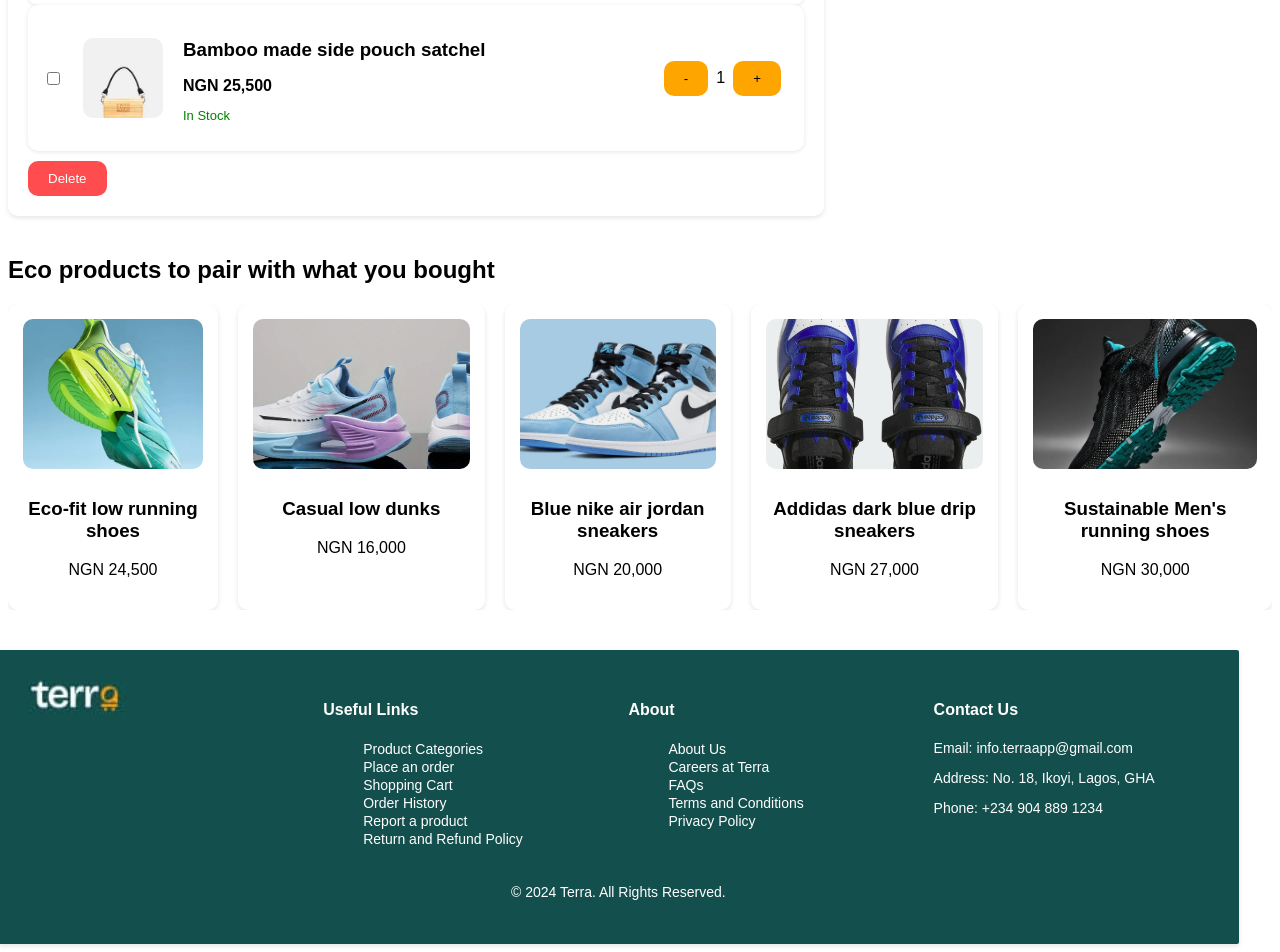
Repository: Femi007-gh/e-commerce
Page: index.html
These files come from the project's save history. The page is drawn as it stood at one moment and after the next save; the edit follows.
The browser window is 1280 px wide. The pictures show the part of the page from y = 1080 to 2032 px (the page is 2032 px tall).
A picture or video elsewhere on the page could not be fetched, so the positions and the page height are approximate.

Above is the page before, as saved 2025-04-29 12:17:44.

### index.html
<html>
    <head>
      <title>Shopping Cart Page</title>
      <link rel="stylesheet" href="style.css">
    </head>
  <body>
    <header>
    <div class="div1">
<div class="top-bar">
  <div class="left">
    <div class="dropdown">
      <button class="dropbtn">Help</button>
    </div>
    <div class="dropdown">
      <button class="dropbtn">English ▼</button>
      <div class="dropdown-content">
        <a href="#">English</a>
        <a href="#">Japanese</a>
        <a href="#">Korean</a>
      </div>
    </div>
  </div>
  <div class="right">
    <div class="dropdown">
      <button class="dropbtn">Nigeria ▼</button>
      <div class="dropdown-content">
        <a href="#">Nigeria</a>
        <a href="#">USA</a>
        <a href="#">China</a>
        </div>
      </div>
     </div>
   </div>
  </div>

<nav class="nav-bar">
  <div class="logo"><img src="terra.jpg" class="ter"></div>
  <div class="search-bar">
    <input type="text" placeholder="Search products, categories, and brands">
    <button>Search</button>
  </div>
  <div class="nav-icons">
    <img src="account.jpg"><a href="#">Account</a>
    <img src="category.jpg"><a href="#">Categories</a>
    <img src="cart.png" class="cat"><a href="#">Cart</a>
  </div>
</nav>


<main class="cart-page">
  <section class="cart-section">
    <h2>Cart items</h2>

    <div class="cart-items">
      <div class="cart-item">
        <input type="checkbox">
        <img src="glass.jpg" alt="Retro Chic Eye Sunglasses">
        <div class="item-details">
          <h3>2023 Retro Chic Eye Sunglasses</h3>
          <p class="price">NGN 2,500</p>
          <p class="stock in-stock">In Stock</p>
        </div>
        <div class="item-quantity">
          <button class="minus">-</button>
          <span>1</span>
          <button>+</button>
        </div>
      </div>
      </div>

      <div class="cart-item">
        <input type="checkbox">
        <img src="roll.jpg" alt="Ruby plated facial roller blade">
        <div class="item-details">
          <h3>Ruby plated facial roller blade</h3>
          <p class="price">NGN 6,000</p>
          <p class="stock low-stock">Only 5 left</p>
        </div>
        <div class="item-quantity">
          <button class="minus">-</button>
          <span>1</span>
          <button>+</button>
        </div>
      </div>

      <div class="cart-item">
        <input type="checkbox">
        <img src="bamboo.jpeg" alt="Bamboo made side pouch satchel">
        <div class="item-details">
          <h3>Bamboo made side pouch satchel</h3>
          <p class="price">NGN 25,500</p>
          <p class="stock in-stock">In Stock</p>
        </div>
        <div class="item-quantity">
          <button class="minus">-</button>
          <span>1</span>
          <button>+</button>
        </div>
      </div>

      <button class="delete-btn">Delete</button>
    </div>
  </section>




<aside class="cart-summary">
  <h2>Cart Total</h2>
  <p>Total items: 3 items</p>
  <p>Sub Total: NGN 1,000</p>
  <p class="total">Total: NGN 34,000</p>
  <button class="checkout-btn">Proceed to Checkout</button>
</aside>
</main>

<section class="recommendation-section">
  <h2>Eco products to pair with what you bought</h2>

  <div class="recommendations">
    <div class="product">
      <img src="low.jpg" alt="Eco-fit low running shoes">
      <h3>Eco-fit low running shoes</h3>
      <p>NGN 24,500</p>
    </div>
    <div class="product">
      <img src="girl.jpg" alt="Casual low dunks">
      <h3>Casual low dunks</h3>
      <p>NGN 16,000</p>
    </div>
    <div class="product">
      <img src="nike.jpg" alt="Black Love themed bamboo high tops">
      <h3>Blue nike air jordan sneakers</h3>
      <p>NGN 20,000</p>
    </div>
    <div class="product">
      <img src="adidas.jpg" alt="White Love themed bamboo high tops">
      <h3>Addidas dark blue drip sneakers</h3>
      <p>NGN 27,000</p>
    </div>
    <div class="product">
      <img src="men.jpg" alt="Sustainable Men's running shoes">
      <h3>Sustainable Men's running shoes</h3>
      <p>NGN 30,000</p>
    </div>
  </div>
</section>

<footer class="footer">
  <div class="footer-top">
    <div class="footer-logo"><img src="a.jpg"></div>
    <div class="footer-links">
      <h4>Useful Links</h4>
      <ul>
        <li><a href="#">Product Categories</a></li>
        <li><a href="#">Place an order</a></li>
        <li><a href="#">Shopping Cart</a></li>
        <li><a href="#">Order History</a></li>
        <li><a href="#">Report a product</a></li>
        <li><a href="#">Return and Refund Policy</a></li>
      </ul>
    </div>
    <div class="footer-about">
      <h4>About</h4>
      <ul>
        <li><a href="#">About Us</a></li>
        <li><a href="#">Careers at Terra</a></li>
        <li><a href="#">FAQs</a></li>
        <li><a href="#">Terms and Conditions</a></li>
        <li><a href="#">Privacy Policy</a></li>
      </ul>
    </div>
    <div class="footer-contact">
      <h4>Contact Us</h4>
      <p>Email: info.terraapp@gmail.com</p>
      <p>Address: No. 18, Ikoyi, Lagos, GHA</p>
      <p>Phone: +234 904 889 1234</p>
    </div>
  </div>

  <div class="footer-bottom">
    <p>&copy; 2024 Terra. All Rights Reserved.</p>
  </div>
</footer>
  </body>
</html>

### style.css
body{
  font-family: Arial;
}
.div1{
  background-color: #595959;
  width: 101%;
  height: 50px;
  margin-left: -10px;
  margin-top: -10px;
}
.top-bar {
  background-color:  #595959;
  color: white;
  padding: 10px 20px;
  display: flex;
  justify-content: space-between;
  font-size: 14px;
}

.top-bar .left, .top-bar .right {
  display: flex;
  align-items: center;
}

.dropdown {
  position: relative;
  margin-right: 20px;
}

.dropbtn {
  background: none;
  border: none;
  color: white;
  cursor: pointer;
  font-size: 14px;
}

.dropdown-content {
  display: none;
  position: absolute;
  background-color: white;
  color:  #595959;
  min-width: 100px;
  border-radius: 5px;
  box-shadow: 0px 8px 16px rgba(0,0,0,0.2);
  z-index: 1;
}

.dropdown-content a {
  padding: 8px 12px;
  display: block;
  text-decoration: none;
  color: black;
}

.dropdown-content a:hover {
  background-color: #f1f1f1;
}

.dropdown:hover .dropdown-content {
  display: block;
}

.nav-icons a {
  margin-left: 20px;
  text-decoration: none;
  color: #333;
  font-weight: 600;
}


/* Nav bar */
.nav-bar {
  display: flex;
  justify-content: space-between;
  align-items: center;
  background: white;
  padding: 15px 20px;
  margin-bottom: 20px;
  border-radius: 10px;
}

.nav-bar .logo {
  font-weight: 700;
  font-size: 24px;
}

.search-bar {
  flex: 1;
  margin: 0 20px;
  display: flex;
}

.search-bar input {
  flex: 1;
  padding: 8px 12px;
  border: 1px solid #ccc;
  border-right: none;
  border-radius: 10px 0 0 10px;
  height: 40px;
}

.search-bar button {
  padding: 8px 20px;
  background-color: orange;
  color: white;
  border: none;
  border-radius: 0 10px 10px 0;
  cursor: pointer;
}

.nav-icons a {
  margin-left: 20px;
  text-decoration: none;
  color: #333;
}



/* Cart summary */
.cart-summary {
  flex: 1;
  background: white;
  padding: 20px;
  border-radius: 10px;
  box-shadow: 0 2px 5px rgba(0,0,0,0.1);
  height: fit-content;
}

.cart-summary h2 {
  margin-bottom: 20px;
}

.cart-summary p {
  margin-bottom: 10px;
}

.cart-summary .total {
  font-weight: bold;
  font-size: 18px;
  margin: 20px 0;
}

.checkout-btn {
  background-color: orange;
  color: white;
  width: 100%;
  padding: 12px;
  border: none;
  border-radius: 10px;
  cursor: pointer;
  font-size: 16px;
}


/* Cart page */
.cart-page {
  display: flex;
  gap: 20px;
  margin-bottom: 40px;
}

.cart-section {
  flex: 2;
  background: white;
  padding: 20px;
  border-radius: 10px;
  box-shadow: 0 2px 5px rgba(0,0,0,0.1);
}

.cart-section h2 {
  margin-bottom: 20px;
}

.cart-items {
  display: flex;
  flex-direction: column;
  gap: 20px;
}

.cart-item {
  display: flex;
  align-items: center;
  gap: 20px;
  background: white;
  padding: 15px;
  border-radius: 10px;
  box-shadow: 0 1px 4px rgba(0,0,0,0.1);
}

.cart-item img {
  width: 80px;
  height: 80px;
  object-fit: cover;
  border-radius: 10px;
}

.item-details {
  flex: 1;
}

.item-details h3 {
  margin-bottom: 5px;
}

.item-details .price {
  font-weight: bold;
  margin-bottom: 5px;
}

.item-details .stock {
  font-size: 13px;
}

.stock.in-stock {
  color: green;
}

.stock.low-stock {
  color: orange;
}

.quantity-controls span {
  font-size: 18px;
}

.delete-btn {
  background: #ff4d4f;
  color: white;
  padding: 10px 20px;
  border: none;
  border-radius: 10px;
  cursor: pointer;
  margin-top: 10px;
}



.item-quantity {
  display: flex;
  align-items: center;
}

.item-quantity button {
  background-color: orange;
  border: none;
  padding: 10px 20px;
  margin: 0 0.5rem;
  border-radius: 10px;
}

.delete-cart {
  text-align: right;
  margin-top: 1rem;
}

.ter {
  height: 100px;
  width: 120px;
  margin-left: -30px;
}

/* Recommendation section */
.recommendation-section {
  margin-bottom: 40px;
}

.recommendation-section h2 {
  margin-bottom: 20px;
}

.recommendations {
  display: flex;
  gap: 20px;
  overflow-x: auto;
}

.product {
  background: white;
  padding: 15px;
  border-radius: 10px;
  box-shadow: 0 2px 5px rgba(0,0,0,0.1);
  min-width: 180px;
  text-align: center;
}

.product img {
  width: 100%;
  height: 150px;
  object-fit: cover;
  margin-bottom: 10px;
  border-radius: 10px;
}

.cat {
  height: 30px;
}

/* Footer */
.footer {
  background: #134F4D;
  padding: 30px 20px;
  border-radius: 2px;
  box-shadow: 0 2px 5px rgba(0,0,0,0.1);
  width: 95%;
  margin-left: -10px;
}

.footer-top {
  display: flex;
  flex-wrap: wrap;
  gap: 20px;
  margin-bottom: 20px;
}

.footer-logo {
  flex: 1;
  font-weight: 700;
  font-size: 24px;
}

.footer-links, .footer-about, .footer-contact {
  flex: 1;
  min-width: 200px;
}

.footer-links ul, .footer-about ul {
  list-style: none;
  margin-top: 10px;
}

.footer-links a, .footer-about a {
  text-decoration: none;
  color: white;
  font-size: 14px;
}

.footer-contact p {
  margin-top: 10px;
  font-size: 14px;
  color: white;
}

.footer-bottom {
  text-align: center;
  font-size: 14px;
  color: white;
  margin-top: 10px;
}

h4 {
  color: white;
}

After the next save:
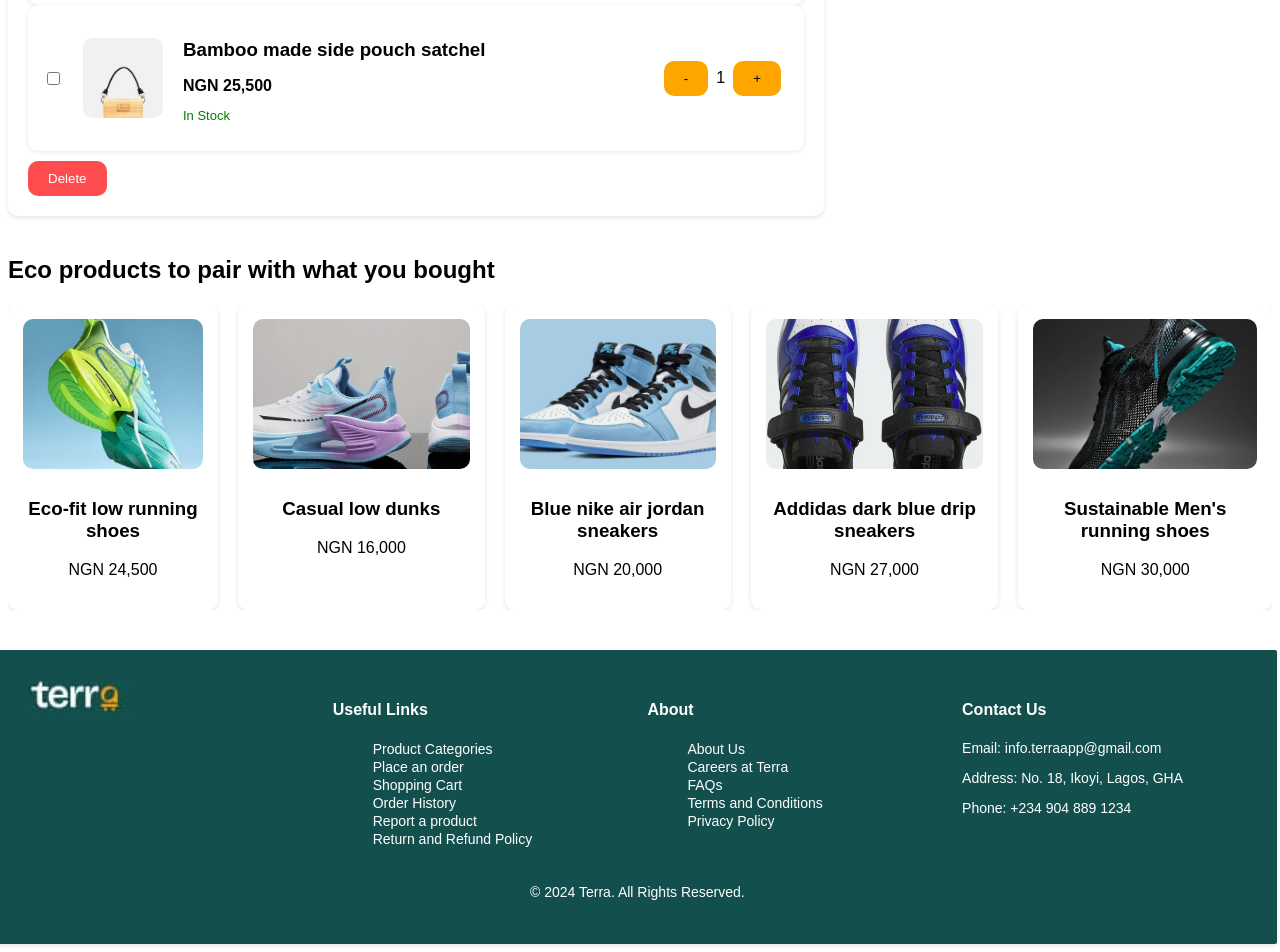
Saved 25 s later.
--- a/style.css
+++ b/style.css
@@ -302,7 +302,7 @@
   padding: 30px 20px;
   border-radius: 2px;
   box-shadow: 0 2px 5px rgba(0,0,0,0.1);
-  width: 95%;
+  width: 98%;
   margin-left: -10px;
 }
 
